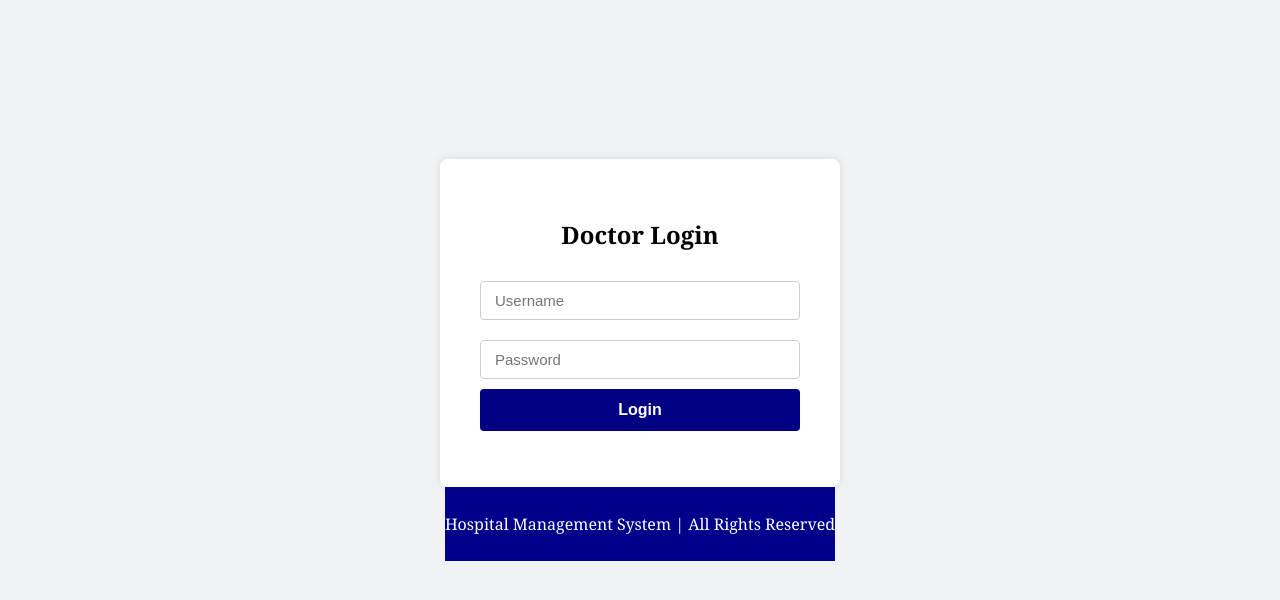
Repository: BinuriJ/HospitalSystem
Page: http://localhost/CyborgSys/login.jsp
The author's editor kept a copy of each file at every save. The page is drawn from the files as they stood at one save, then again after the next save.
The browser window is 1280 px wide. The pictures show the whole page.
The pointer rests on the first visible `.login-btn`.
The page is served by Tomcat 9.

Above is the page before, as saved 2025-05-10 02:32:48.

### CyborgSys/WebContent/login.jsp
<%@ page language="java" contentType="text/html; charset=UTF-8"
    pageEncoding="UTF-8"%>
<%@ include file="doctorLoginCss.jsp" %>
<!DOCTYPE html>
<html>
<head>
    <meta charset="UTF-8">
    <title>Doctor Login - CyborgSys</title>
    <style>
    	<jsp:include page="footerCss.jsp" />
    </style>
</head>
<body>

<div class="login-container">
    <h2>Doctor Login</h2>
    <form action="DoctorDashboard.jsp" method="post">
        <input type="text" name="username" placeholder="Username" required class="input-field" />
        <input type="password" name="password" placeholder="Password" required class="input-field" />
        <button type="submit" class="login-btn">Login</button>
    </form>
</div>
<jsp:include page="footer.jsp" />

</body>
</html>

### CyborgSys/WebContent/doctorLoginCss.jsp
<style>
body {
    margin: 0;
    padding: 0;
    font-family: Cambria, sans-serif;
    background: #f0f2f5;
    display: flex;
    justify-content: center;
    align-items: center;
    height: 100vh;
}

.login-container {
    background-color: white;
    padding: 40px;
    border-radius: 8px;
    box-shadow: 0 0 10px rgba(0, 0, 0, 0.1);
    width: 320px;
    text-align: center;
}

.login-container h2 {
    margin-bottom: 20px;
    color: black;
}

.input-field {
    width: 100%;
    padding: 10px 14px;
    margin: 10px 0;
    border: 1px solid #ccc;
    border-radius: 4px;
    font-size: 15px;
}

.login-btn {
    width: 100%;
    background-color: darkblue;
    color: white;
    padding: 12px;
    border: none;
    border-radius: 4px;
    font-size: 16px;
    font-weight: bold;
    cursor: pointer;
    transition: background-color 0.3s;
}

.login-btn:hover {
    background-color: navy;
}
</style>

### CyborgSys/WebContent/footerCss.jsp
<style>

html, body {
    height: 100%; /* Make the html and body take full height of the viewport */
}

body {
    display: flex;
    flex-direction: column; /* Use flexbox to arrange content vertically */
    min-height: 100vh; /* Make body take the full height of the viewport */
}

.container {
    flex: 1; /* Let the main content expand to fill the available space */
}

footer {
    background-color: darkblue; /* Dark background for the footer */
    color: white; /* White text */
    padding: 10px 0; /* Padding for the footer */
    text-align: center; /* Center the footer text */
}

</style>

### CyborgSys/WebContent/footer.jsp
<!-- footer.jsp -->
<footer class="bg-dark text-light py-3">
    <div class="container text-center">
        <p>Hospital Management System | All Rights Reserved</p>
    </div>
</footer>

After the next save:
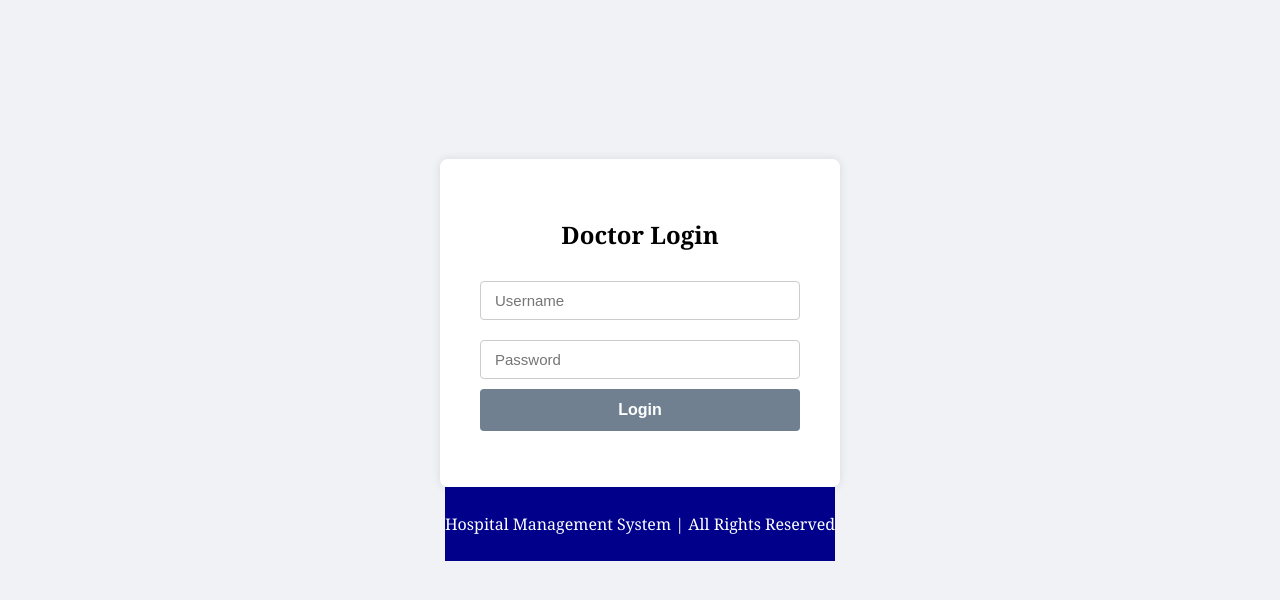
Saved 23 s later.
--- a/CyborgSys/WebContent/doctorLoginCss.jsp
+++ b/CyborgSys/WebContent/doctorLoginCss.jsp
@@ -47,6 +47,6 @@ body {
 }
 
 .login-btn:hover {
-    background-color: navy;
+    background-color: slategray;
 }
 </style>
